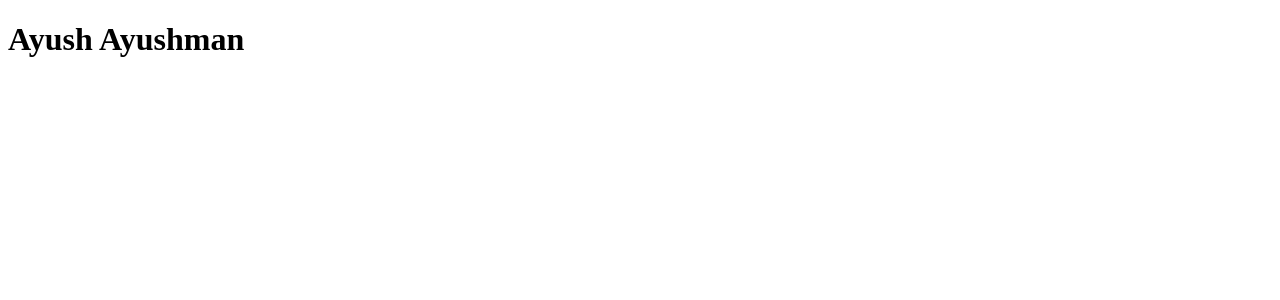
Repository: ayush-ayushman/Servlet-Project
Page: http://localhost/Redirect/first.jsp
These files come from the project's save history. The page is drawn as it stood at one moment and after the next save; the edit follows.
The browser window is 1280 px wide. The pictures show the whole page.
The page is served by Tomcat 9.

Above is the page before, as saved 2023-10-06 08:03:27.

After the next save:
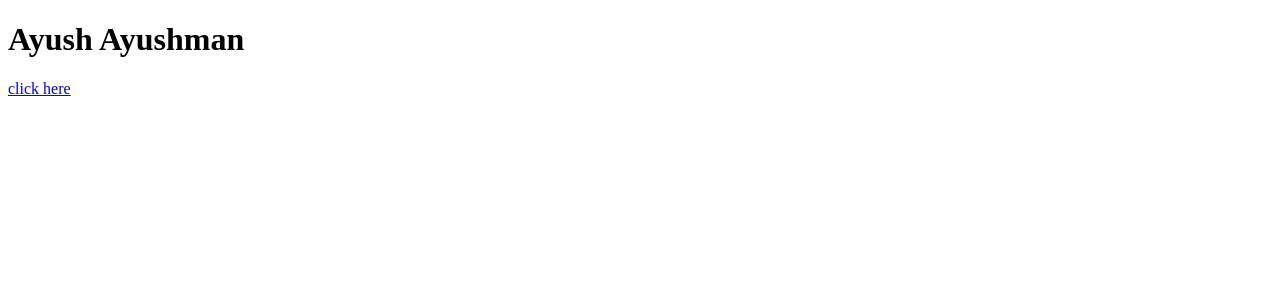
Saved 43 s later.
--- a/Redirect/src/main/webapp/first.jsp
+++ b/Redirect/src/main/webapp/first.jsp
@@ -8,5 +8,6 @@
 </head>
 <body>
 <h1>Ayush Ayushman</h1>
+<a href="apple">click here</a>
 </body>
 </html>
